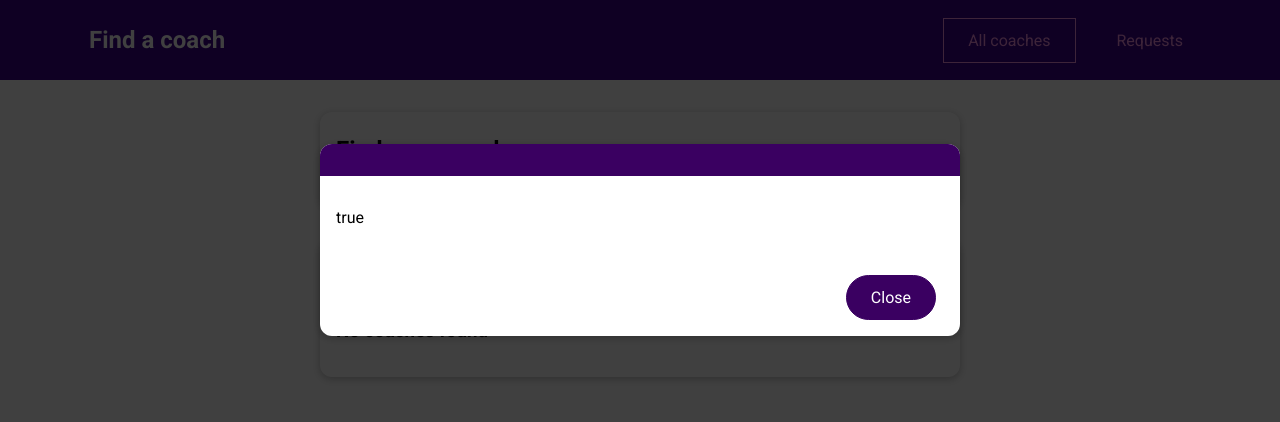
Repository: DaveBaulch/vue-course-find-a-coach
Page: /
An editor plug-in stored every save of this project. The page is shown before and after the next save, followed by the edit.
The browser window is 1280 px wide. The pictures show the whole page.
The page's requests for data from a server got no answer. The project was rebuilt for these pictures with package versions that can differ from the ones it lists, and the page was loaded fresh each time. No one was signed in, and anything a server would have sent is missing. Also part of the build but not shown: src/pages/coaches/CoachDetail.vue, src/components/coaches/CoachItem.vue, src/components/ui/BaseSpinner.vue, src/components/coaches/CoachForm.vue, src/pages/coaches/CoachRegistration.vue, src/pages/requests/ContactCoach.vue, src/components/requests/RequestItem.vue, src/pages/requests/RequestsReceived.vue and 1 more. Imported but missing from the stored project, and not drawn on this page: src/pages/NotFound.vue.

Above is the page before, as saved 2021-01-24 13:54:21.

After the next save:
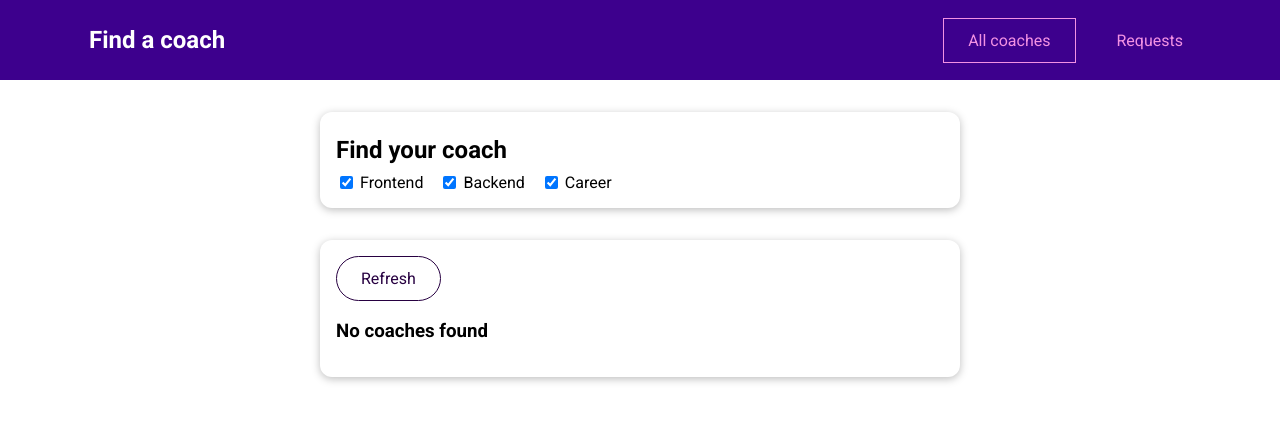
Saved 24 s later.
--- a/src/pages/coaches/CoachesList.vue
+++ b/src/pages/coaches/CoachesList.vue
@@ -50,7 +50,7 @@
   data() {
     return {
       isLoading: false,
-      error: true,
+      error: false,
       activeFilters: {
         frontend: true,
         backend: true,
